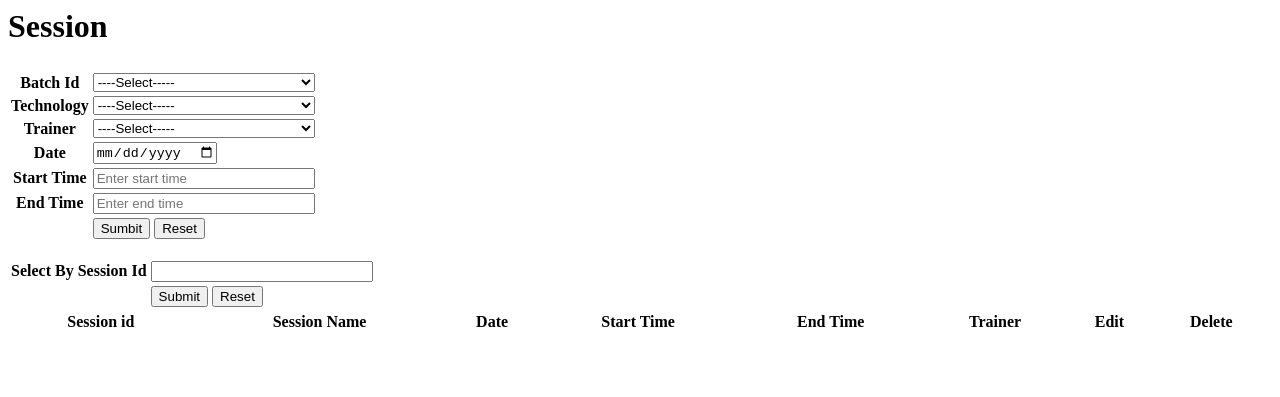
Repository: Dipak27/Dipak-s-front-end
Page: http://localhost/Traning_Management/sessioncreate.jsp
An editor plug-in stored every save of this project. The page is shown before and after the next save, followed by the edit.
The browser window is 1280 px wide. The pictures show the whole page.
The page is served by Tomcat 9.

Above is the page before, as saved 2016-11-10 08:16:31.

After the next save:
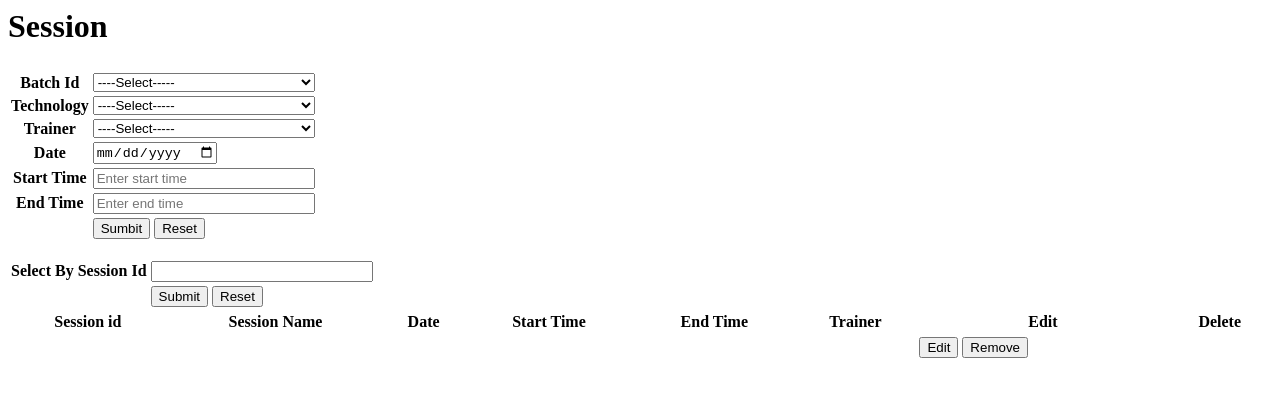
Saved 2 min 48 s later.
--- a/Training Management Project/Traning_Management/src/main/webapp/sessioncreate.jsp
+++ b/Training Management Project/Traning_Management/src/main/webapp/sessioncreate.jsp
@@ -138,15 +138,22 @@
 
 
 													<tr>
+														<tr ng-repeat="s in ses.sessions">
 
-														<td></td>
-														<td></td>
-														<td></td>
-														<td></td>
-														<td></td>
-														<td></td>
-														<td></td>
-														<td></td>
+														<td><span ng-bind="s.session_id"></span></td>
+							                              <td><span ng-bind="s.session_name"></span></td>
+							                              <td><span ng-bind="s.session_date"></span></td>
+							                              <td><span ng-bind="s.session_start_time"></span></td>
+							                               <td><span ng-bind="s.session_end_time"></span></td>
+							                              <td><span ng-bind="s.trainer_id"></span></td>
+
+							                              <td>
+							                              <button type="button" ng-click="emp.edit(e.emp_id)" >Edit</button>
+							                              <button type="button" ng-click="emp.remove(e.emp_id)">Remove</button>
+							                              </td>
+
+
+														</tr>
 
 
 														</tr>
